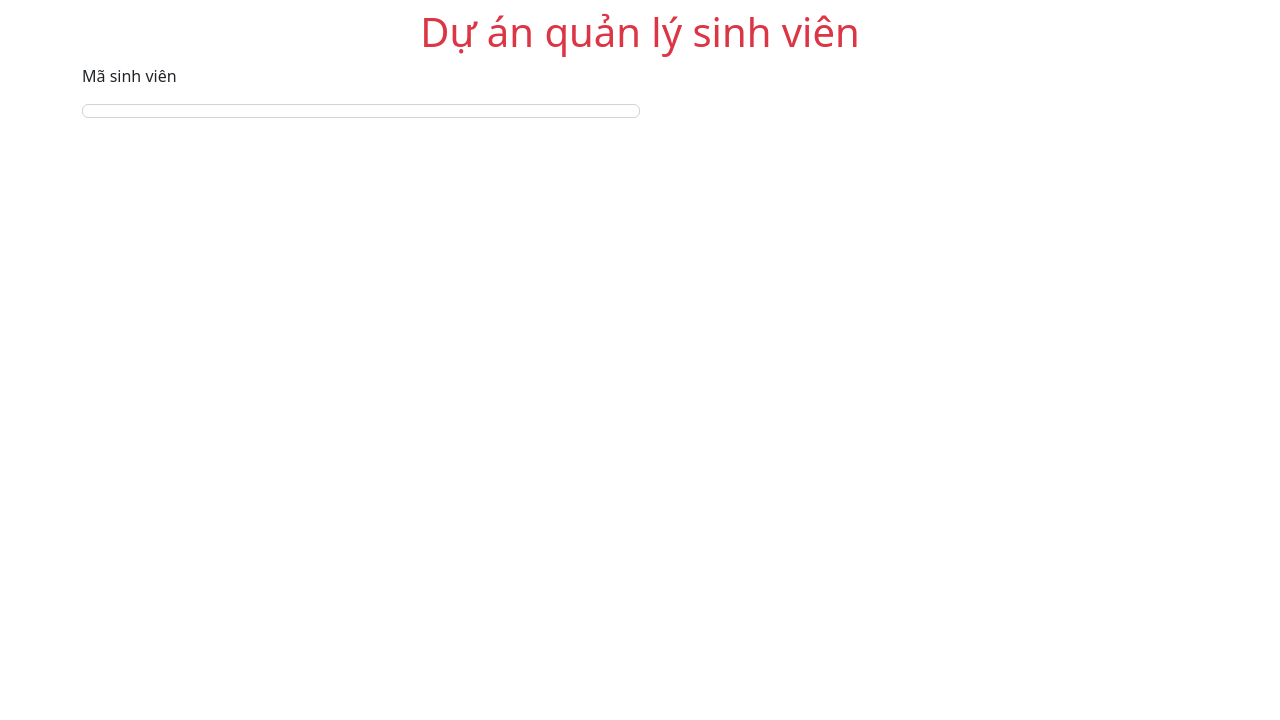
Repository: hcozyph/Cybersoft_JS_OOP
Page: index.html
These files come from the project's save history. The page is drawn as it stood at one moment and after the next save; the edit follows.
The browser window is 1280 px wide. The pictures show the whole page.

Above is the page before, as saved 2023-02-26 09:17:10.

After the next save:
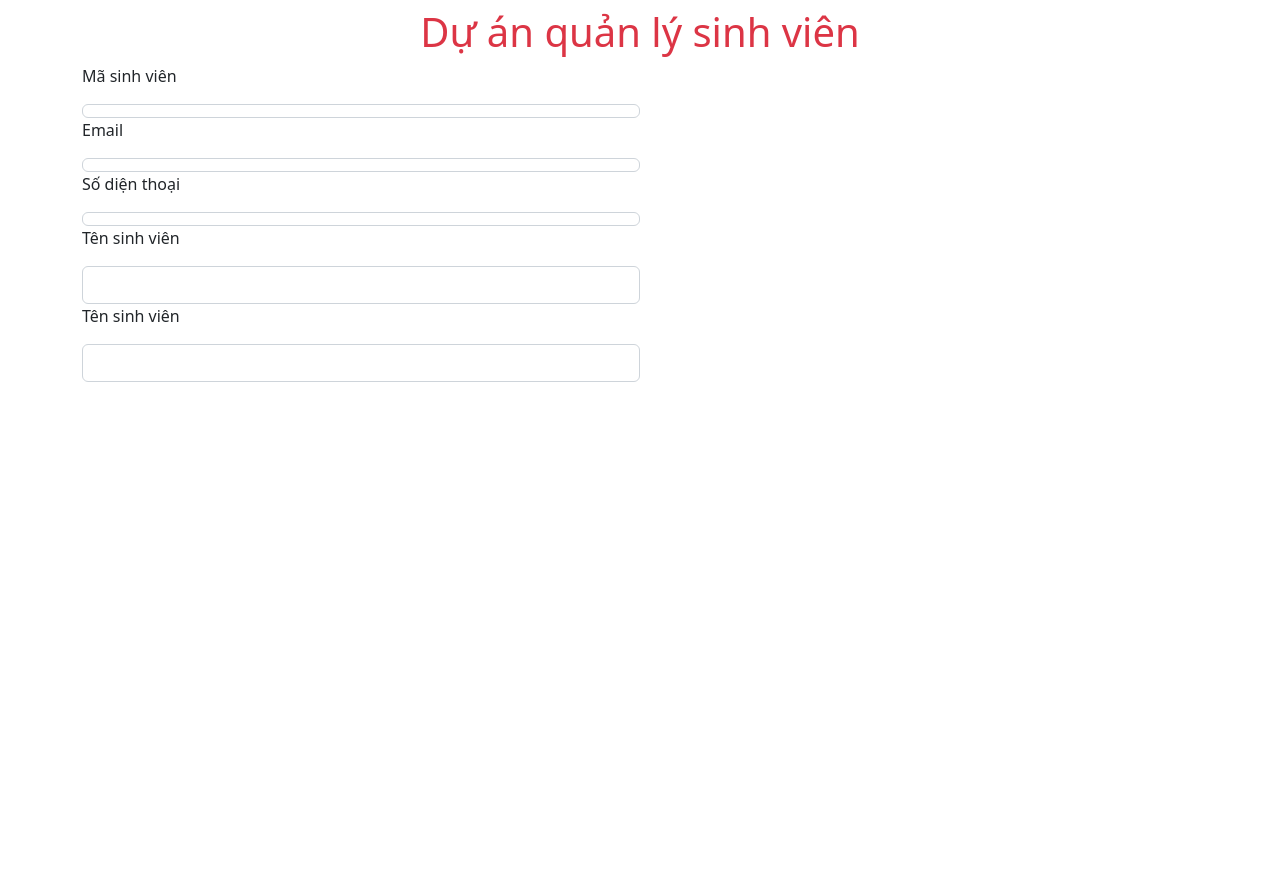
Saved 118 s later.
--- a/index.html
+++ b/index.html
@@ -36,9 +36,29 @@
                         <p>Mã sinh viên</p>
                         <div class="form-control" id="maSinhVien"></div>
                     </div>
+
+                    <div class="form-group">
+                        <p>Email</p>
+                        <div class="form-control" id="email"></div>
+                    </div>
+
+                    <div class="form-group">
+                        <p>Số diện thoại</p>
+                        <div class="form-control" id="soDienThoai"></div>
+                    </div>
                 </div>
 
-                <div class="col-md-6"></div>
+                <div class="col-md-6">
+                    <div class="form-group">
+                        <p>Tên sinh viên</p>
+                        <input class="form-control" id="tenSinhVien"></input>
+                    </div>
+
+                    <div class="form-group">
+                        <p>Tên sinh viên</p>
+                        <input class="form-control" id="tenSinhVien"></input>
+                    </div>
+                </div>
             </div>
         </div>
 
